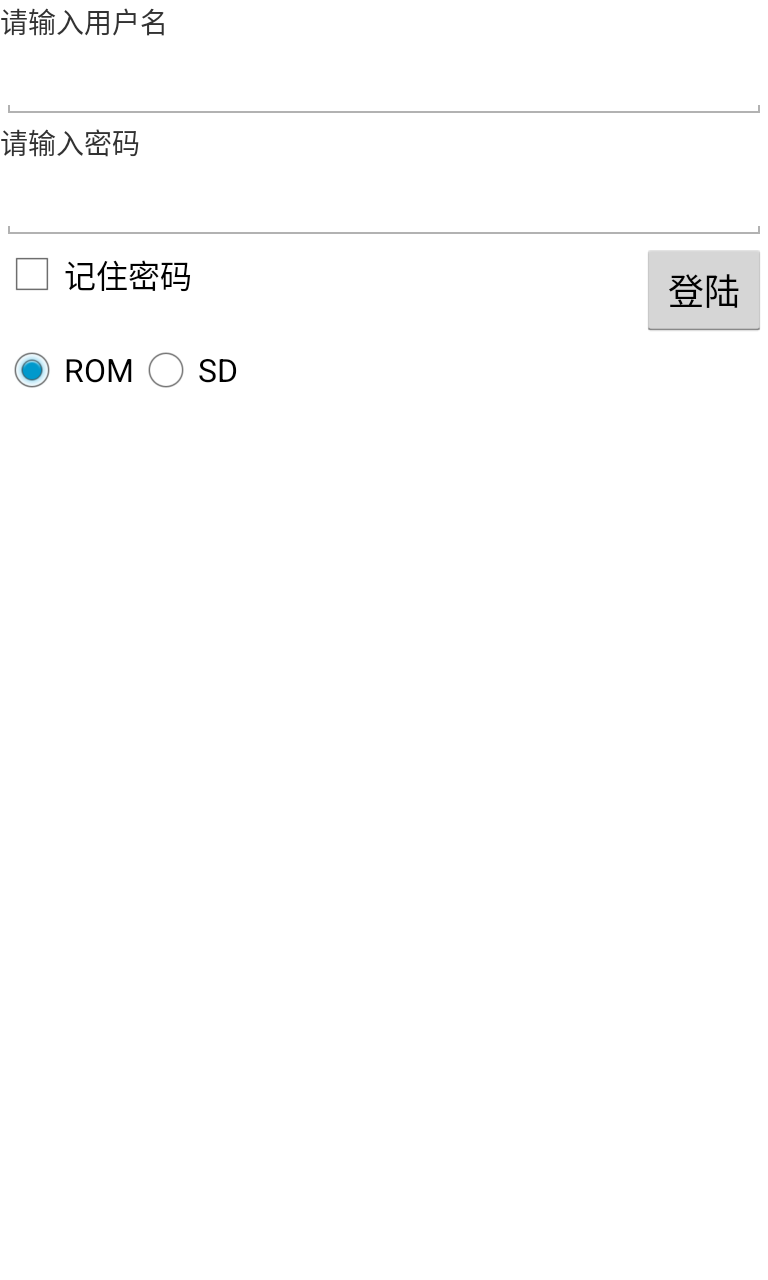
Repository: qq839924354/day01
Layout: day02/code/Login/res/layout/activity_main.xml
An editor plug-in stored every save of this project. The layout is shown before and after the next save, followed by the edit.
It is drawn on a 768 x 1280 px phone screen (xhdpi) without system bars, with theme AppTheme; the app's code is not run.

Above is the layout before, as saved 2013-03-01 02:53:55.

### day02/code/Login/res/layout/activity_main.xml
<LinearLayout xmlns:android="http://schemas.android.com/apk/res/android"
    xmlns:tools="http://schemas.android.com/tools"
    android:layout_width="match_parent"
    android:layout_height="match_parent"
    android:orientation="vertical"
    tools:context=".MainActivity" >

    <TextView
        android:layout_width="wrap_content"
        android:layout_height="wrap_content"
        android:text="@string/input_name" />

    <EditText
        android:id="@+id/et_name"
        android:layout_width="fill_parent"
        android:layout_height="wrap_content"
        android:inputType="text" />

    <TextView
        android:layout_width="wrap_content"
        android:layout_height="wrap_content"
        android:text="@string/input_password" />

    <EditText
        android:id="@+id/et_password"
        android:layout_width="fill_parent"
        android:layout_height="wrap_content"
        android:inputType="textPassword" />

    <RelativeLayout
        android:layout_width="fill_parent"
        android:layout_height="wrap_content" >

        <CheckBox
            android:id="@+id/cb_remember"
            android:layout_width="wrap_content"
            android:layout_height="wrap_content"
            android:text="@string/remember_pwd" />

        <Button
            android:onClick="login"
            android:layout_alignParentRight="true"
            android:layout_width="wrap_content"
            android:layout_height="wrap_content"
            android:text="@string/login" />
    </RelativeLayout>

    <RadioGroup
        android:id="@+id/rg_save_location"
        android:orientation="horizontal"
        android:layout_width="wrap_content"
        android:layout_height="wrap_content" >

        <RadioButton
            android:id="@+id/rb_rom"
            android:layout_width="wrap_content"
            android:layout_height="wrap_content"
            android:checked="true"
            android:text="ROM" />

        <RadioButton
            android:id="@+id/rb_sd"
            android:layout_width="wrap_content"
            android:layout_height="wrap_content"
            android:text="SD" />


    </RadioGroup>

</LinearLayout>

### day02/code/Login/res/values/strings.xml
<?xml version="1.0" encoding="utf-8"?>
<resources>

    <string name="app_name">Login</string>
    <string name="hello_world">Hello world!</string>
    <string name="menu_settings">Settings</string>
    <string name="input_name">请输入用户名</string>
    <string name="input_password">请输入密码</string>
    <string name="remember_pwd">记住密码</string>
    <string name="login">登陆</string>
    <string name="error_msg">用户名密码不能为空</string>

</resources>

Loaded but not shown: day02/code/Login/res/values/styles.xml (common file); day02/code/Login/res/values-v11/styles.xml (common file); day02/code/Login/res/values-v14/styles.xml (common file)

After the next save:
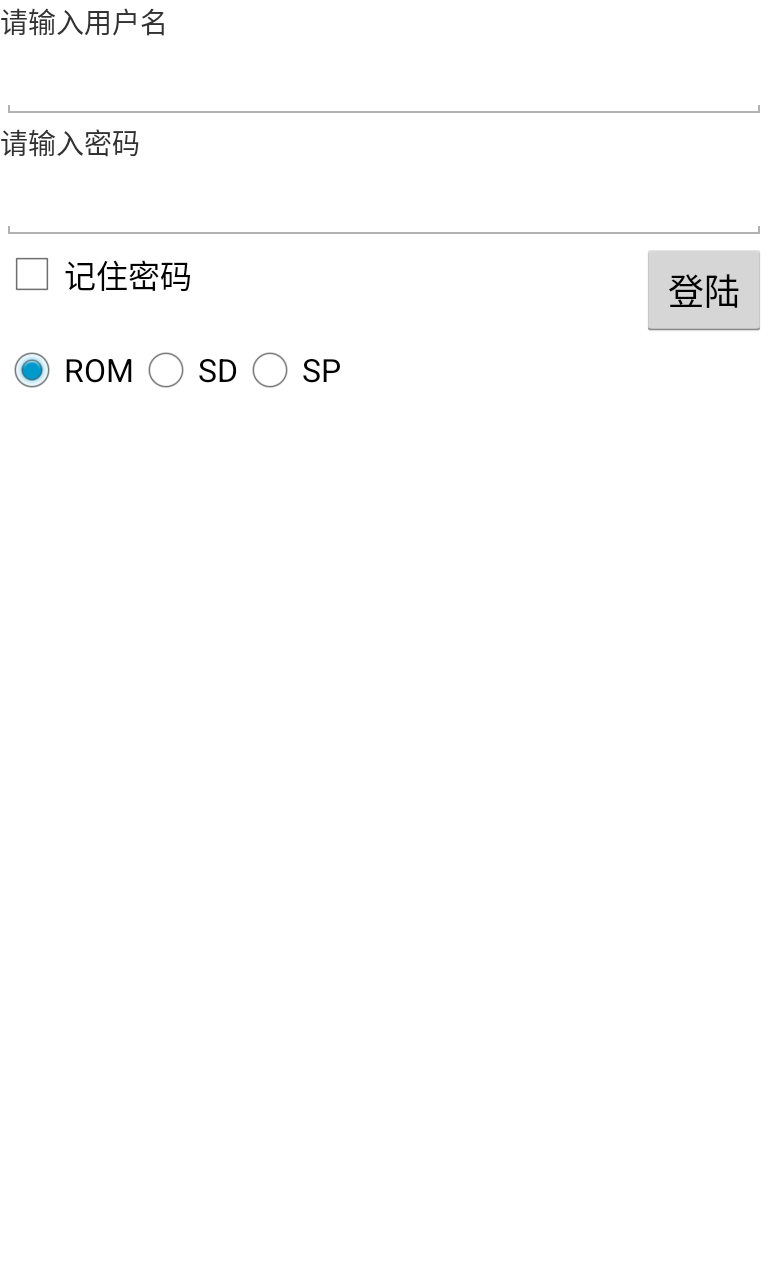
Saved 39 min 45 s later.
--- a/day02/code/Login/res/layout/activity_main.xml
+++ b/day02/code/Login/res/layout/activity_main.xml
@@ -65,6 +65,11 @@
             android:text="SD" />
 
 
+                <RadioButton
+            android:id="@+id/rb_sp"
+            android:layout_width="wrap_content"
+            android:layout_height="wrap_content"
+            android:text="SP" />
     </RadioGroup>
 
 </LinearLayout>
